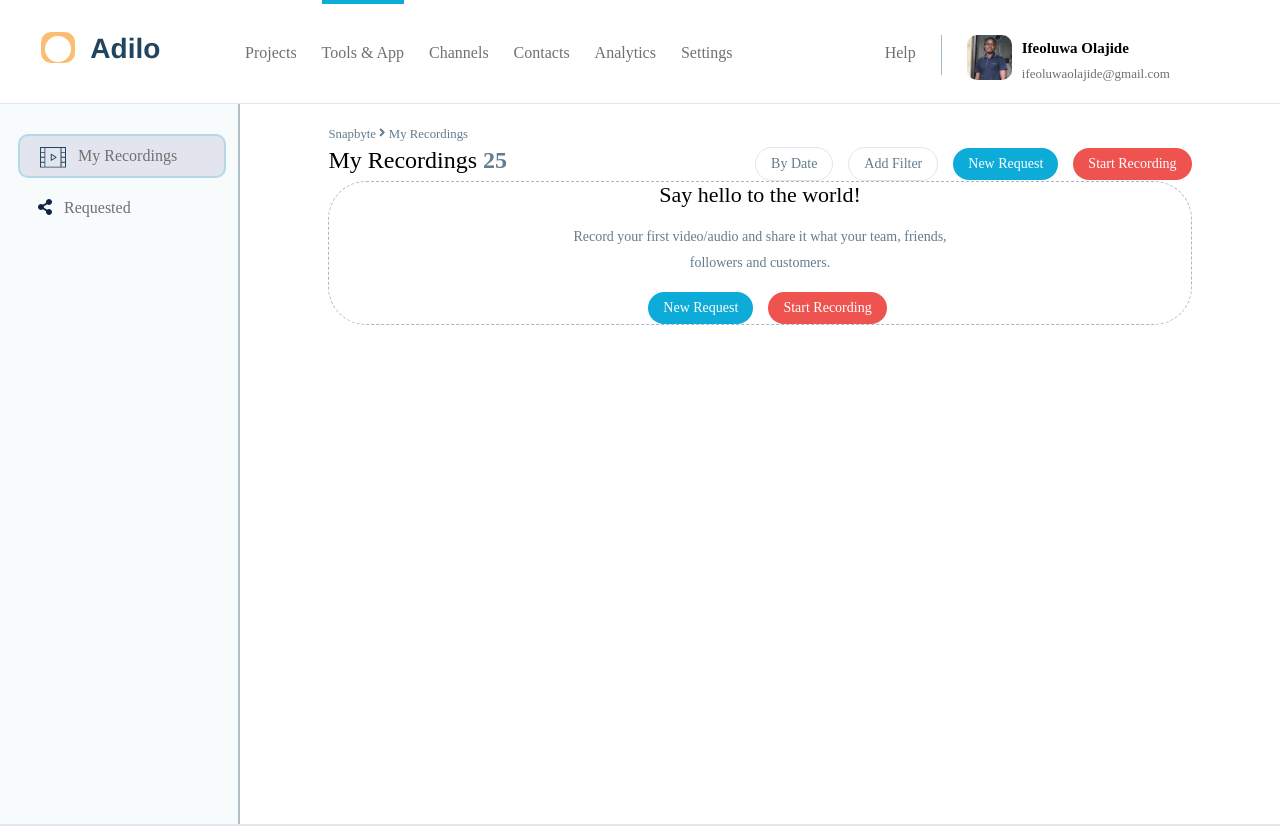
Repository: olhighjay/video_recorder
Page: /
An editor plug-in stored every save of this project. The page is shown before and after the next save, followed by the edit.
The browser window is 1280 px wide. The pictures show the whole page.
Some web libraries are served in a nearby version. The project was rebuilt for these pictures with package versions that can differ from the ones it lists, and the page was loaded fresh each time. Also part of the build but not shown: vue.config.js.

Above is the page before, as saved 2022-07-29 05:33:11.

### public/index.html
<!DOCTYPE html>
<html lang="">
  <head>
    <meta charset="utf-8">
    <meta http-equiv="X-UA-Compatible" content="IE=edge">
    <meta name="viewport" content="width=device-width,initial-scale=1.0">
    <link rel="icon" href="<%= BASE_URL %>favicon.ico">
    <title><%= htmlWebpackPlugin.options.title %></title>
    <link rel="stylesheet" href="https://cdn.jsdelivr.net/npm/bootstrap@4.0.0/dist/css/bootstrap.min.css" integrity="sha384-Gn5384xqQ1aoWXA+058RXPxPg6fy4IWvTNh0E263XmFcJlSAwiGgFAW/dAiS6JXm" crossorigin="anonymous">
    <link rel="stylesheet" href="https://cdnjs.cloudflare.com/ajax/libs/font-awesome/5.1.0/css/all.css" integrity="sha512-ajhUYg8JAATDFejqbeN7KbF2zyPbbqz04dgOLyGcYEk/MJD3V+HJhJLKvJ2VVlqrr4PwHeGTTWxbI+8teA7snw==" crossorigin="anonymous" referrerpolicy="no-referrer" />
  </head>
  <body>
    <noscript>
      <strong>We're sorry but <%= htmlWebpackPlugin.options.title %> doesn't work properly without JavaScript enabled. Please enable it to continue.</strong>
    </noscript>
    <div id="app"></div>
    <!-- built files will be auto injected -->

    <script src="https://cdnjs.cloudflare.com/ajax/libs/font-awesome/5.1.0/js/all.js" integrity="sha512-vn7pO1RiR0IT5T9K+USTmMfkTaecOtFtCCV0JvT+j8ZPBujq6C3P5J2sHttG7D41pBPqLCih+7lIXamnFodtUw==" crossorigin="anonymous" referrerpolicy="no-referrer"></script>
    <script src="https://code.jquery.com/jquery-3.2.1.slim.min.js" integrity="sha384-KJ3o2DKtIkvYIK3UENzmM7KCkRr/rE9/Qpg6aAZGJwFDMVNA/GpGFF93hXpG5KkN" crossorigin="anonymous"></script>
<script src="https://cdn.jsdelivr.net/npm/popper.js@1.12.9/dist/umd/popper.min.js" integrity="sha384-ApNbgh9B+Y1QKtv3Rn7W3mgPxhU9K/ScQsAP7hUibX39j7fakFPskvXusvfa0b4Q" crossorigin="anonymous"></script>
<script src="https://cdn.jsdelivr.net/npm/bootstrap@4.0.0/dist/js/bootstrap.min.js" integrity="sha384-JZR6Spejh4U02d8jOt6vLEHfe/JQGiRRSQQxSfFWpi1MquVdAyjUar5+76PVCmYl" crossorigin="anonymous"></script>
  </body>
</html>

### src/App.vue
<template>
  <!-- <img alt="Vue logo" src="./assets/logo.png"> -->
  <div>
    <navbar></navbar>
    <div id="main-flex">
      <div class="my-sidebar">
        <ul class="my-sidebar-items">
            <li class="sidebar-item-active"> <img src="./assets/video-player.png" alt=""> &nbsp; My Recordings</li>
            <li> <i class="fa fa-share-alt" style="color:#102346"></i> &nbsp; Requested</li>
        </ul>
      </div>
        <div class="my-main">
          <div class="my-main-container">
            <div><small class="breadcrumbs">Snapbyte <i class="fa fa-angle-right" style="font-weight:200"></i> My Recordings</small></div>
            <div class="subheading-tab">
              <div> <span class="my-recordings">My Recordings </span><span class="my-recordings-count">25</span> </div>
              <div>
                <button class="sub-heading-btn white-btn">By Date</button>
                <button class="sub-heading-btn white-btn">Add Filter</button>
                <button class="sub-heading-btn blue-btn">New Request</button>
                <button class="sub-heading-btn red-btn">Start Recording</button>
              </div>
            </div>
            <div style="border: 1px dashed #A3BAC6;
border-radius: 38px;
opacity: 1; padding">
              <p style="color: #000; font-size: 22px; text-align:center; font-weight:medium">Say hello to the world!</p>
              <p style="color: #637C8E; font-size: 14px; text-align:center;">Record your first video/audio and share it what your team, friends, <br />followers and customers.</p>
              <div class="text-center">
                <button class="sub-heading-btn blue-btn">New Request</button>
                <button class="sub-heading-btn red-btn">Start Recording</button>
              </div>
            </div>
          </div>
        </div>
    </div>
  </div>
</template>

<script>
// import HelloWorld from './components/HelloWorld.vue'
import Navbar from './layouts/Navbar.vue'

export default {
  name: 'App',
  components: {
    Navbar
  }
}
</script>

<style>

#main-flex {
  display: flex;
  width: 100%;
}

.my-sidebar {
  flex: 0 0 240px;
  /* width: 20%; */
  height: 100vh;
  background-color: #ebf2f656;
  border-right: 2px solid #21455e54;
  /* border-right: 2px solid #21455E; */
  /* width:250px; */
}
.my-sidebar-items {
  list-style: none;
  padding: 20px 0;
}
.my-sidebar-items>li {
  margin : 10px 12px 10px 18px;
  padding: 7px 20px ;
}
.sidebar-item-active {
  background-color: #E2E5ED;
  border: 2px solid #0DABD838;
  border-radius: 10px;
}





.my-main {
  flex: 1;
  flex-wrap: wrap;
}
.my-main-container {
  padding: 1.5% 8.5%;
}
.subheading-tab {
  display: flex;
  justify-content: space-between;
}
.sub-heading-btn {
  padding: 3px 15px;
  border-radius: 20px;
  margin-left: 15px;
  font-size: 14px;
}
.white-btn {
  border: 1px solid #E2E5ED;
  background-color: white;
  color: #637C8E;
}
.blue-btn {
  border: none;
  background-color: #0DABD8;
  color: #fff;
}
.red-btn {
  border: none;
  background-color: #EF5350;
  color: #fff;
}
.my-recordings, .my-recordings-count {
  font-size: 24px;
  color: #000
}
.my-recordings {
  color: #000
}
.my-recordings-count {
  color: #637C8E;
  font-weight: 600;
}
.breadcrumbs {
  color:#637C8E;
}



#app {
  font-family: Avenir, Helvetica, Arial, sans-serif;
  font: normal normal normal 14px/26px Poppins;
  -webkit-font-smoothing: antialiased;
  -moz-osx-font-smoothing: grayscale;
   /* text-align: center; */
   font-size: 16px;
  color: #707070;
  border-bottom: solid 2px #E2E5ED;
  overflow: hidden;
  /* margin-top: 60px;  */
}


</style>

### src/layouts/Navbar.vue
<template>
    <nav class="">
      <div class="nav-logo-area">
        <div class="nav-logo-area-inner">
          <div class="white-logo-wrap">
            <span class="white-logo-bkg">
            <img alt="Adilo logo" src="../assets/swarm.png">
            </span>
          </div>
          <div class="adilo">Adilo</div>
        </div>
      </div>
      <div class="nav-tab">
        <ul class="my-nav-list">
          <li><a>Projects</a></li>
          <li class="active-nav-item"> <a>Tools & App</a></li>
          <li><a>Channels</a></li>
          <li><a>Contacts</a></li>
          <li><a>Analytics</a></li>
          <li><a>Settings</a></li>
        </ul>
      </div>
      <div class="nav-profile">
        <ul class="my-nav-list">
          <li><a>Help</a></li>
        </ul>
        <div class="profile-info">
          <div class="profile-border"></div>
          <div >
            <img alt="Profile Image" src="../assets/profile.jpg" class="profile-img">
          </div>
          <div style="margin-left:10px">
            <span class="profile-name">Ifeoluwa Olajide </span>
            <p class="profile-email">ifeoluwaolajide@gmail.com</p>
          </div>
        </div>
      </div>
    </nav>
</template>
<script>
export default {
    name: 'NavbarComponent'
}
</script>
<style>
     nav {
    display: flex;
    /* height: 69px; */
    padding: 0 0.032%;
    border-bottom: solid 1px #E2E5ED;
  }

  .nav-logo-area {
    flex: 0 0 16%;
    padding-left: 3.2%;
    padding-top: 19px;
    padding-bottom: 27px;
  }
  .nav-logo-area-inner {
    display: flex;
  }
  .nav-tab {
    flex: 0 0 50%;
  }
  .nav-profile {
    flex: 0 0 34%;
    display: flex;
  }
  .my-nav-list {
    list-style: none;
    padding-top: 40px;
  }
  .my-nav-list>li {
    display: inline;
    margin-right: 25px;
    padding-top: 40px;
  }
  .my-nav-list>li>a {
    text-align: left;
    /* font: normal normal normal 18px/27px Poppins; */
    letter-spacing: 0px;
    color: #707070;
    opacity: 1
  }
  .white-logo-wrap {
    padding-top:16px;
  }
  .white-logo-bkg {
    background-color:#FBBD71;
    padding:7px 4px;
    border-radius:10px;
  }
  .adilo {
    font: normal normal bold 28px/32px Helvetica;
    font-size:28px;
    margin-left:15px;
    font-weight:bold;
    color:#21455E;
    padding-top:14px;
  }
  .profile-info {
    padding-top:35px;
    display:flex;
  }
  .active-nav-item {
    border-top: 6px solid #0DABD8;
  }
  .profile-border {
    border-left: 1px solid #A3BAC6;
    padding-left:25px;
    height:40px;
  }
  .profile-img {
    width:45px; height: 45px;
    border-radius:10px;
  }
  .profile-name {
    font-weight:bold;
    font-size:15px;
    color:black;
  }
  .profile-email {
    font-size:13px;
  }
</style>

Loaded but not shown: src/main.js (common file)

After the next save:
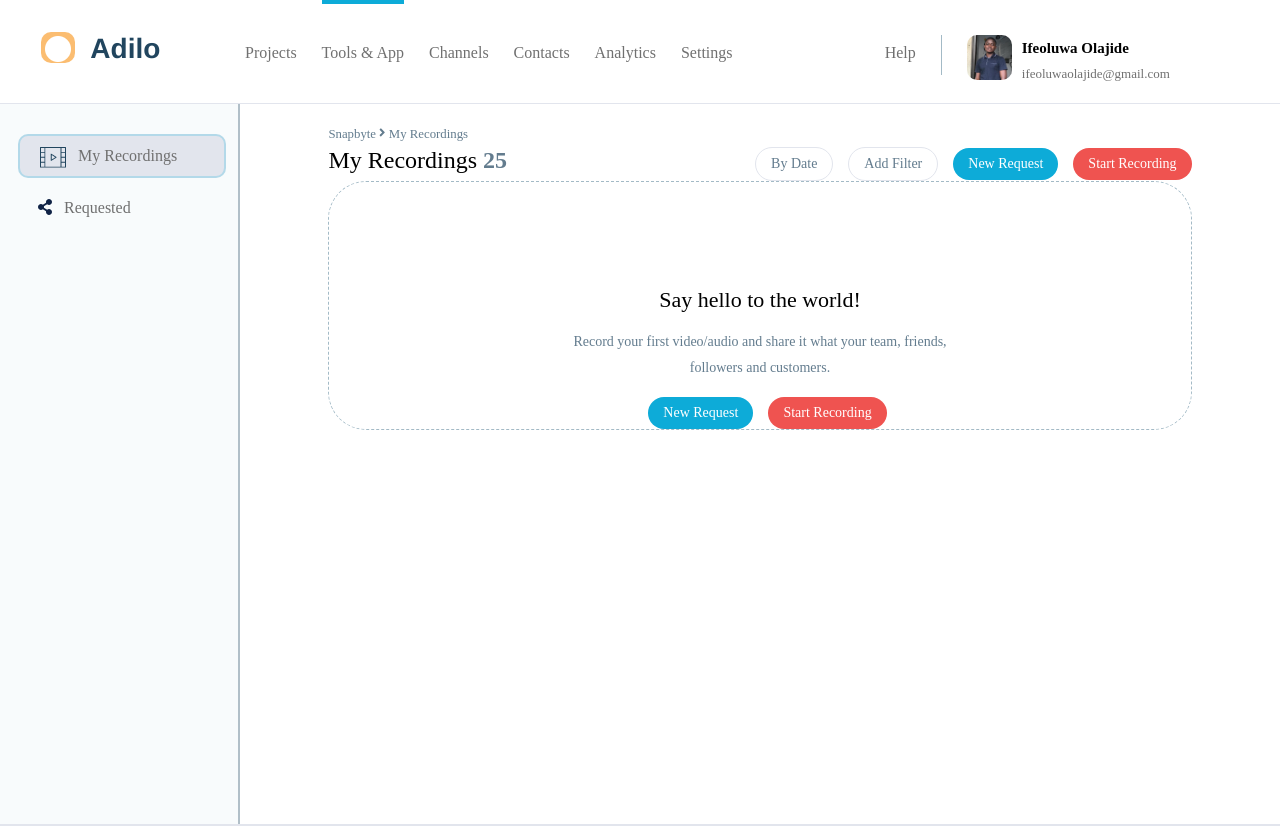
Saved 44 s later.
--- a/src/App.vue
+++ b/src/App.vue
@@ -23,7 +23,7 @@
             </div>
             <div style="border: 1px dashed #A3BAC6;
 border-radius: 38px;
-opacity: 1; padding">
+opacity: 1; padding-top:105.9px; padding-bottom:">
               <p style="color: #000; font-size: 22px; text-align:center; font-weight:medium">Say hello to the world!</p>
               <p style="color: #637C8E; font-size: 14px; text-align:center;">Record your first video/audio and share it what your team, friends, <br />followers and customers.</p>
               <div class="text-center">
